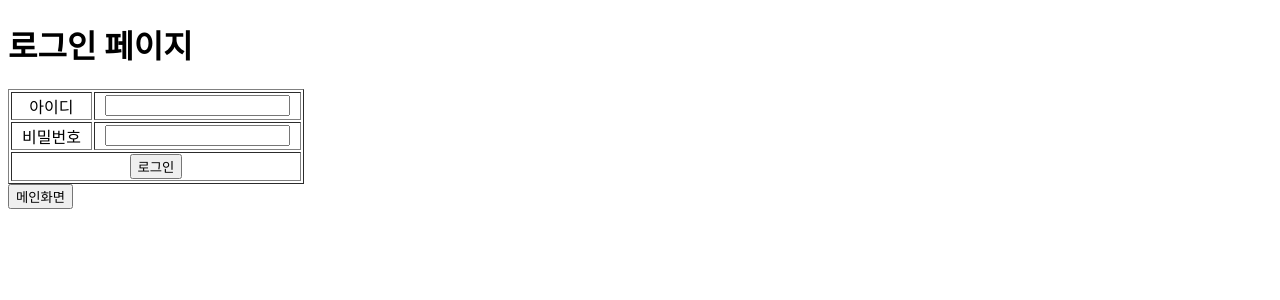
Repository: jjuhye/JSPWorkspace
Page: http://localhost/basic/05_memberLogin/03_21_loginForm.jsp
These files come from the project's save history. The page is drawn as it stood at one moment and after the next save; the edit follows.
The browser window is 1280 px wide. The pictures show the whole page.
The page is served by Tomcat 9.

Above is the page before, as saved 2023-02-22 02:18:25.

After the next save:
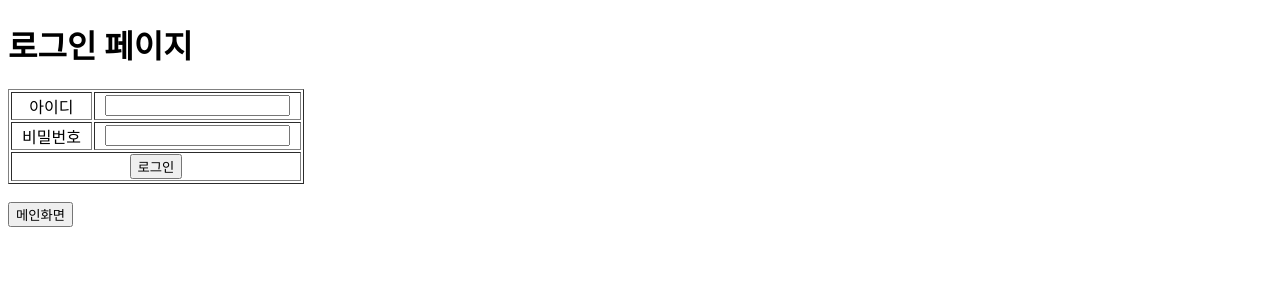
Saved 7 s later.
--- a/basic/src/main/webapp/05_memberLogin/03_21_loginForm.jsp
+++ b/basic/src/main/webapp/05_memberLogin/03_21_loginForm.jsp
@@ -23,7 +23,7 @@
     <td colspan="2"><button>로그인</button></td>
     </tr>
 </table>
-<be>
+<br>
 <button>메인화면</button>
 </body>
 </html>
